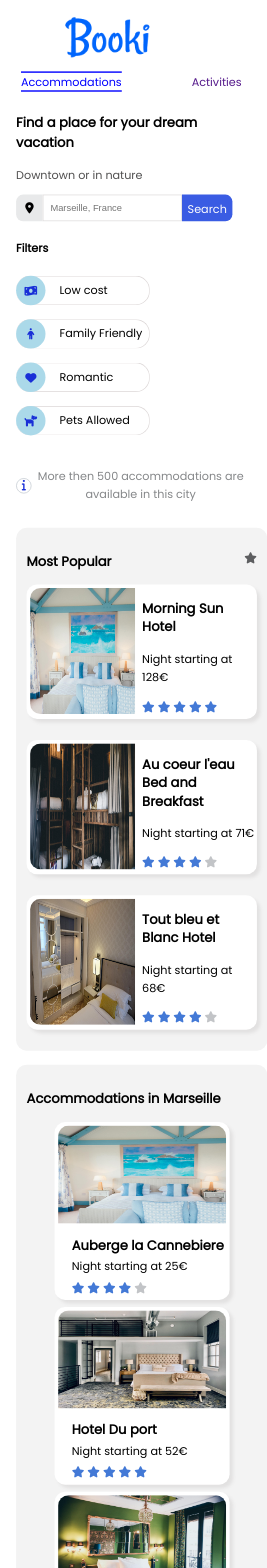
Repository: ailahin/booki
Page: index.html
The author's editor kept a copy of each file at every save. The page is drawn from the files as they stood at one save, then again after the next save.
The browser window is 375 px wide. The page is 382 px wide, so the pictures cover 382 px, including what lies to the right of the window. The pictures show the part of the page from y = 0 to 2240 px (the page is 6479 px tall), at 70% of full size.
The pointer rests on the first visible `.nav-flex a`.
Some web fonts or font styles are not loaded; a fallback is used. Some web libraries are served in a nearby version.

Above is the page before, as saved 2023-07-19 05:09:29.

After the next save:
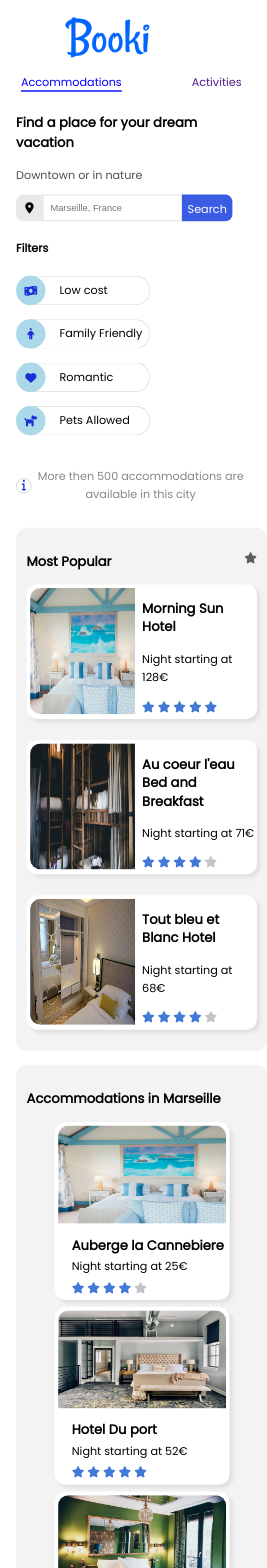
Saved 17 s later.
--- a/css/index.css
+++ b/css/index.css
@@ -324,6 +324,7 @@
         border-bottom: 2px solid blue;
         color: blue;
         padding-top: 2px;
+        border-top:0px;
 
     }
 
